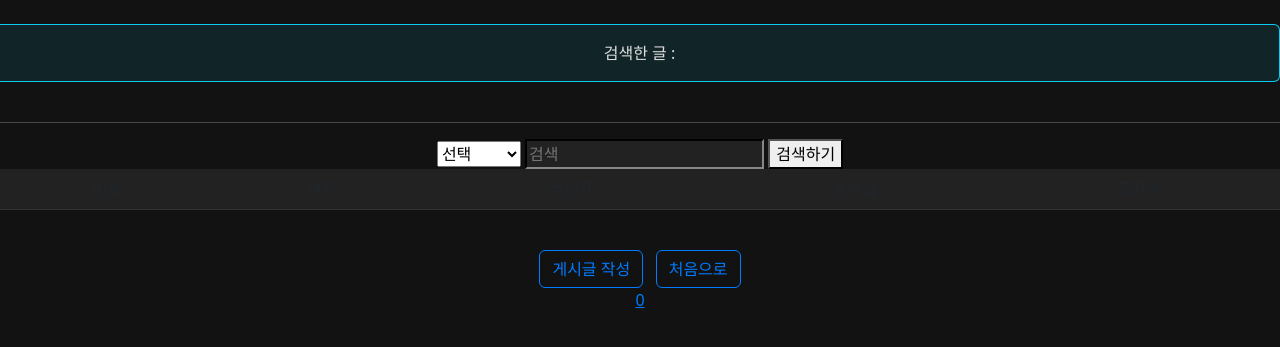
Repository: bbqju13/simai
Page: http://localhost/zip/WEB-INF/views/board/list.jsp
These files come from the project's save history. The page is drawn as it stood at one moment and after the next save; the edit follows.
The browser window is 1280 px wide. The pictures show the whole page.
The page is served by Tomcat 9. Nobody is signed in. The template is opened directly, without the code that normally fills it, so the values that code supplies are empty.

Above is the page before, as saved 2023-06-19 06:01:20.

After the next save:
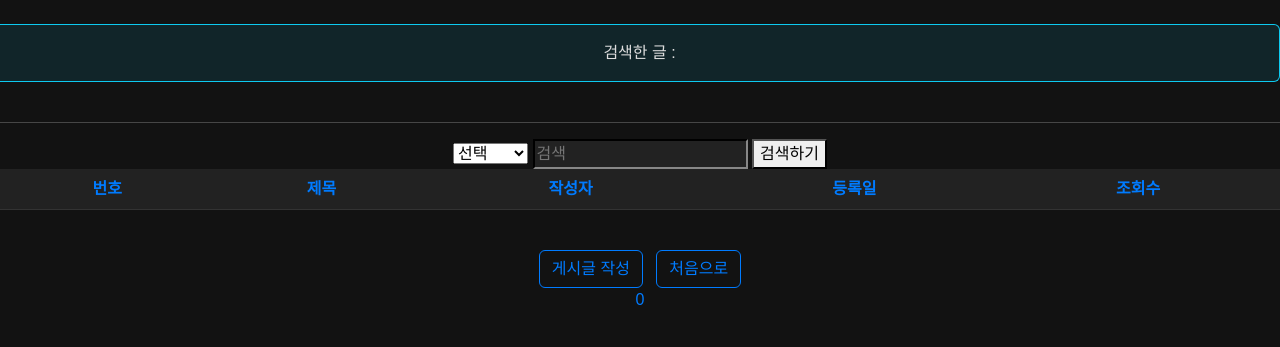
Saved 8 min 38 s later.
--- a/zip/src/main/webapp/resources/css/list.css
+++ b/zip/src/main/webapp/resources/css/list.css
@@ -3,26 +3,49 @@
 body {
 	background-color: #121212;
 	color: #ddd;
+	font-family: Arial, sans-serif;
+	margin: 0;
+	padding: 0;
+	box-sizing: border-box;
+}
+
+.container {
+	max-width: 960px;
+	margin: 0 auto;
+	padding: 20px;
 }
 
 .table {
 	background-color: #222;
 	border-color: #333;
+	transition: all 0.3s ease;
+}
+
+.table:hover {
+	transform: scale(1.01);
+	box-shadow: 0px 0px 10px rgba(0, 123, 255, 0.7);
+}
+
+.table thead th {
+	color: #007bff;
 }
 
 .btn-outline-primary {
 	border-color: #007bff;
 	color: #007bff;
 	background-color: transparent;
+	transition: all 0.3s ease;
 }
 
 .btn-outline-primary:hover {
 	background-color: #007bff;
 	color: #fff;
+	box-shadow: 0px 0px 10px rgba(255, 255, 255, 0.7);
 }
 
 a, a:hover {
 	color: #007bff;
+	text-decoration: none;
 }
 
 input[type="text"], select.form-select {
